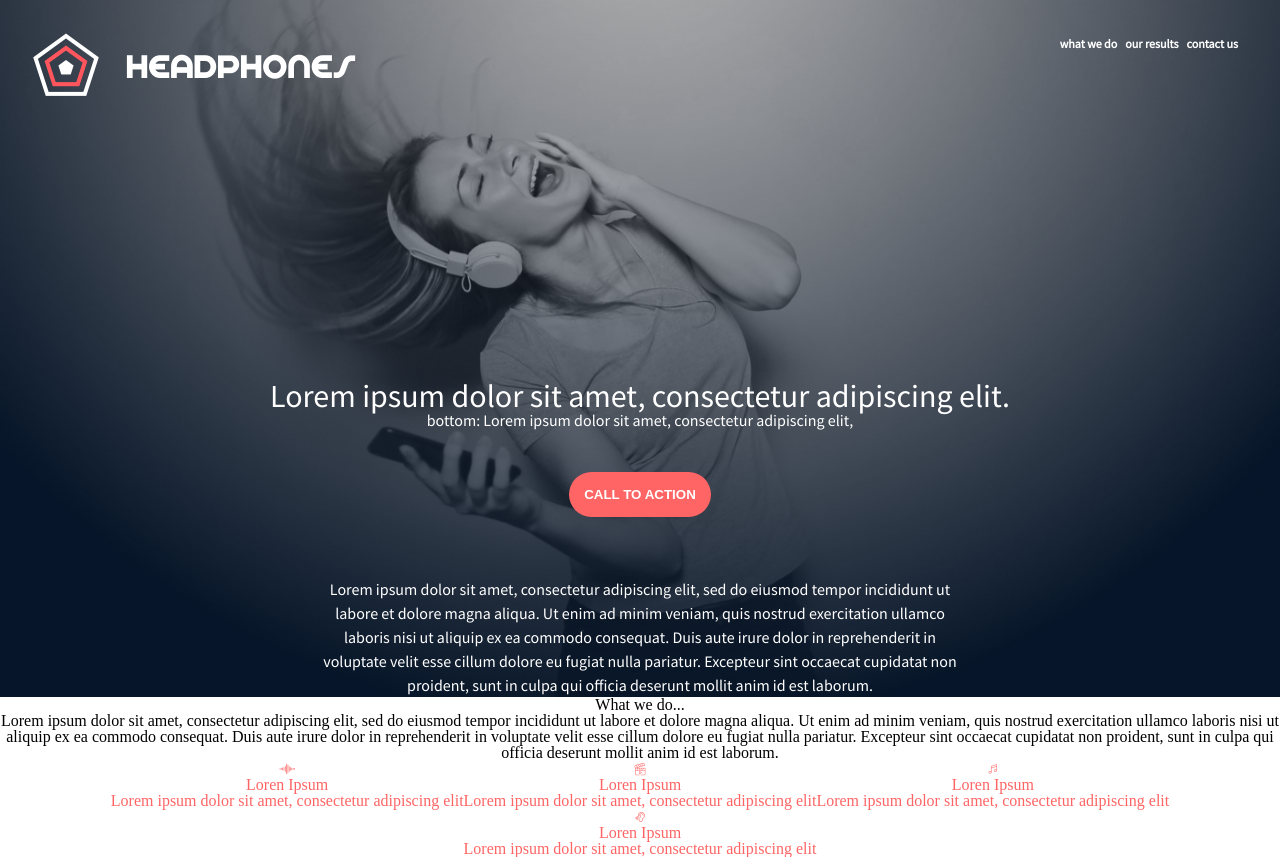
Repository: seleniadelgado/holbertonschool-web_front_end
Page: 0x09-implement_a_design_from_scratch/1-index.html
These files come from the project's save history. The page is drawn as it stood at one moment and after the next save; the edit follows.
The browser window is 1280 px wide. The pictures show the whole page.

Above is the page before, as saved 2020-03-19 15:47:01.

### 0x09-implement_a_design_from_scratch/1-index.html
<!DOCTYPE <!DOCTYPE html>
<head>
    <meta charset="utf-8">
    <title>Headphones</title>
    <meta name="description" content="">
    <meta name="viewport" content="width=device-width, initial-scale=1">
    <link rel="stylesheet" href="1-styles.css">
    <link rel="stylesheet" href="reset.css">
    <link rel="stylesheet" href="./holberton_school-icon/style.css">
    <link href="https://fonts.googleapis.com/css?family=Source+Sans+Pro&display=swap" rel="stylesheet">
</head>
<body>
<!-- nav bar -->
    <header>
        <div class="firstdiv">
            <nav>
                <input type="checkbox" id="menu">
                <label for="menu" id="nav-icon"></label>
                <div class="logo"><img href="active" href="#home"><img src="./images/logo_headphones.png" alt="logo"></a></div>
                <div class="main-nav">
                    <ul class="nav-header">
                        <li><a href="#what-we-do">what we do</a></li>
                        <li><a href="#our-results">our results</a></li>
                        <li><a href="#contact-us">contact us</a></li>
                    </ul>
                </div>
            </nav>
        </div>
<!-- Content -->
        <div class="seconddiv">
            <div class="text">
                <h1>Lorem ipsum dolor sit amet, consectetur adipiscing elit.</h1>
                <p>bottom: Lorem ipsum dolor sit amet, consectetur adipiscing elit, </p>
            </div>
        </div>
        <div class="thirddiv">
        <button id="button">CALL TO ACTION</button>
        <p class="longParagraph">Lorem ipsum dolor sit amet, consectetur adipiscing elit, sed do eiusmod tempor incididunt ut labore et dolore magna aliqua.
            Ut enim ad minim veniam, quis nostrud exercitation ullamco laboris nisi ut aliquip ex ea commodo consequat.
            Duis aute irure dolor in reprehenderit in voluptate velit esse cillum dolore eu fugiat nulla pariatur. Excepteur sint occaecat cupidatat non proident,
            sunt in culpa qui officia deserunt mollit anim id est laborum.</p>
            </div>
        </div>
    </div>
    </header>
    <div class="content">
        <h1>What we do...</h1>
        <p> Lorem ipsum dolor sit amet, consectetur adipiscing elit, sed do eiusmod tempor incididunt ut labore et dolore magna aliqua.
            Ut enim ad minim veniam, quis nostrud exercitation ullamco laboris nisi ut aliquip ex ea commodo consequat.
            Duis aute irure dolor in reprehenderit in voluptate velit esse cillum dolore eu fugiat nulla pariatur. Excepteur sint occaecat cupidatat non proident,
            sunt in culpa qui officia deserunt mollit anim id est laborum.
        </p>
        <div class="grid">
            <div class="item">
                <div class="item holberton_school-icon-ic_sound"></div>
                <h6>Loren Ipsum</h6>
                <p>Lorem ipsum dolor sit amet, consectetur adipiscing elit</p>
            </div>
            <div class="item">
                <div class="item holberton_school-icon-ic_video"></div>
                <h6>Loren Ipsum</h6>
                <p>Lorem ipsum dolor sit amet, consectetur adipiscing elit</p>
            </div>
            <div class="item">
                <div class="item holberton_school-icon-ic_music"></div>
                <h6>Loren Ipsum</h6>
                <p>Lorem ipsum dolor sit amet, consectetur adipiscing elit</p>
            </div>
            <div class="item">
                <div class="item holberton_school-icon-ic_hearing"></div>
                <h6>Loren Ipsum</h6>
                <p>Lorem ipsum dolor sit amet, consectetur adipiscing elit</p>
            </div>

        </div>
    </div>





    </body>
</html>

### 0x09-implement_a_design_from_scratch/1-styles.css

:root {
    --font-size-sm: 12px;
    --font-size-md: 16px;
    --font-size-lg: 32px;
    --font-size-button: 14px;
    --color-primary-red: #FF6565;
    --color-body-white: white;
    --font-family: 'Source Sans Pro', sans-serif;
}
/* header */
header {
    width: 100%;
    background: transparent;
    position: relative;
    color: var(--color-body-white);
    background-image: url("images/headphones_hero_1.jpg");
    background-repeat: no-repeat;
    background-size: cover;
    font-family: var(--font-family);
}
header .firstdiv {
    justify-content: space-between;
    align-content: space-between;
    padding: 2rem;
    flex-wrap: wrap;
}
header .firstdiv nav {
    width: 100%;
    display: flex;
    justify-content: space-between;
    align-content: space-between;
    position: relative;
}
a {
    margin: auto 1.25rem;
    color: var(--color-body-white);
    text-decoration: none;
    font-family: var(--font-family);
}
a:hover, a:active {
    color: var(--color-primary-red)
}
#menu {
    display: none;
    position: absolute;
}
#nav-icon {
    display: none;
    position: absolute;
}
.logo {
    float: left;
}

.nav-header {
    display: inline-flex;
    margin: auto 0;
    list-style-type: none;
    font-size: var(--font-size-sm);
    font-weight: bolder;
    font-family: var(--font-family);
}
.main-nav ul {
    border: 6px transparent solid;
    justify-content: space-between;
}
.main-nav ul li a {
    border: 4px transparent solid;
    font-family: var(--font-family);

}

/* nav */
.seconddiv {
    text-align: center;
}
.thirddiv {
    text-align: center;
}
/*text */
.text {
    padding-top: 20%;
    text-align: center;
    line-height: 28px;
}
.text h1 {
    font-size: 24px;
}

/* button */
#button {
    padding: 15px;
    margin-top: 40px;
    margin-bottom: 60px;
    border-radius: 4em;
    background-color: #FF6565;
    box-shadow: black;
    border-style: none;
    color: var(--color-body-white);
    font-weight: bolder;
}
#button:hover {
    opacity: 0.9;
}
/* end button */
/* start longparagraph */
.longParagraph {
    display: flex;
    text-align: center;
    margin: 0% 25% 0% 25%;
    line-height: 24px;
    font-family: var(--font-family);
    font-size: var(--font-size-md);
}

/* end longparagraph */
/* media query for screens less than 480px */
@media (max-width: 480px)
{
    header nav {
      flex-direction: column;
      align-items: center;
    }
    .logo {
      width: 50%;
      height: auto;
    }
    .nav-header {
      display: none;
      width: 100%;
      flex-direction: column;
      margin: 1rem auto;
      text-align: center;
      font-weight: bold;
      font-size: var(--font-size-btn);
      float: right;
      display: inline-flex;
      margin-right: 10%;
    }
    .nav-header li {
      width: 100%;
      margin: 0.5rem auto;
      padding-right: 50px;
      font-family: var(--font-family);
    }
    #nav-icon {
        background: var(--color-body-white);
        height: 2px;
        width: 13px;
        position: absolute;
        left: 1rem;
        top: 18px;
        display: block;
    }

    #nav-icon::before {
        content: "";
        background: var(--color-body-white);
        height: 2px;
        width: 20px;
        position: relative;
        top: -0.4rem;
        display: block;
        transition: all 0.2s ease;
    }

    #nav-icon::after {
        content: "";
        background: var(--color-body-white);
        height: 2px;
        width: 18px;
        position: relative;
        top: 0.3rem;
        display: block;
        transition: all 0.2s ease;
    }

    #menu:checked ~ .nav-header {
        display: inline-flex;
    }

    #menu:checked ~ #nav-icon {
        background: transparent;
    }

    #menu:checked ~ #nav-icon::before {
        transform: rotate(45deg);
        top: 3px;
        margin: auto;
    }

    #menu:checked ~ #nav-icon::after {
        width: 20px;
        transform: rotate(-45deg);
        top: 1px;
        margin: auto;
    }
}
.text {
    font-family: var(--font-family);
    line-height: 24px;
}
.text h1 {
    font-size: var(--font-size-lg);
}
.text p {
    font-size: var(--font-size-md);
}
/* menu btn ends */
.content {
    display: grid;
    text-align: center;
}
.grid {
    display: flex;
    flex-wrap: wrap;
    justify-content: center;

.item {
    color: var(--color-primary-red)
}

### 0x09-implement_a_design_from_scratch/holberton_school-icon/style.css
@font-face {
  font-family: 'holberton_school-icon';
  src:  url('fonts/holberton_school-icon.eot?sq4eq4');
  src:  url('fonts/holberton_school-icon.eot?sq4eq4#iefix') format('embedded-opentype'),
    url('fonts/holberton_school-icon.ttf?sq4eq4') format('truetype'),
    url('fonts/holberton_school-icon.woff?sq4eq4') format('woff'),
    url('fonts/holberton_school-icon.svg?sq4eq4#holberton_school-icon') format('svg');
  font-weight: normal;
  font-style: normal;
  font-display: block;
}

[class^="holberton_school-icon-"], [class*=" holberton_school-icon-"] {
  /* use !important to prevent issues with browser extensions that change fonts */
  font-family: 'holberton_school-icon' !important;
  speak: none;
  font-style: normal;
  font-weight: normal;
  font-variant: normal;
  text-transform: none;
  line-height: 1;

  /* Better Font Rendering =========== */
  -webkit-font-smoothing: antialiased;
  -moz-osx-font-smoothing: grayscale;
}

.holberton_school-icon-arrow_1:before {
  content: "\e900";
}
.holberton_school-icon-arrow_2:before {
  content: "\e901";
}
.holberton_school-icon-arrow_3:before {
  content: "\e902";
}
.holberton_school-icon-arrow_4:before {
  content: "\e903";
}
.holberton_school-icon-arrow_5:before {
  content: "\e904";
}
.holberton_school-icon-check:before {
  content: "\e905";
}
.holberton_school-icon-ic_bag:before {
  content: "\e906";
}
.holberton_school-icon-ic_cart:before {
  content: "\e907";
}
.holberton_school-icon-ic_facebook:before {
  content: "\e908";
}
.holberton_school-icon-ic_hearing:before {
  content: "\e909";
}
.holberton_school-icon-ic_instagram:before {
  content: "\e90a";
}
.holberton_school-icon-ic_laptop:before {
  content: "\e90b";
}
.holberton_school-icon-ic_money:before {
  content: "\e90c";
}
.holberton_school-icon-ic_music:before {
  content: "\e90d";
}
.holberton_school-icon-ic_sound:before {
  content: "\e90e";
}
.holberton_school-icon-ic_twitter:before {
  content: "\e90f";
}
.holberton_school-icon-ic_video:before {
  content: "\e910";
}
.holberton_school-icon-menu:before {
  content: "\e911";
}
.holberton_school-icon-search_1:before {
  content: "\e912";
}
.holberton_school-icon-search_2:before {
  content: "\e913";
}
.holberton_school-icon-star:before {
  content: "\e914";
}

Loaded but not shown: 0x09-implement_a_design_from_scratch/reset.css (common file)

After the next save:
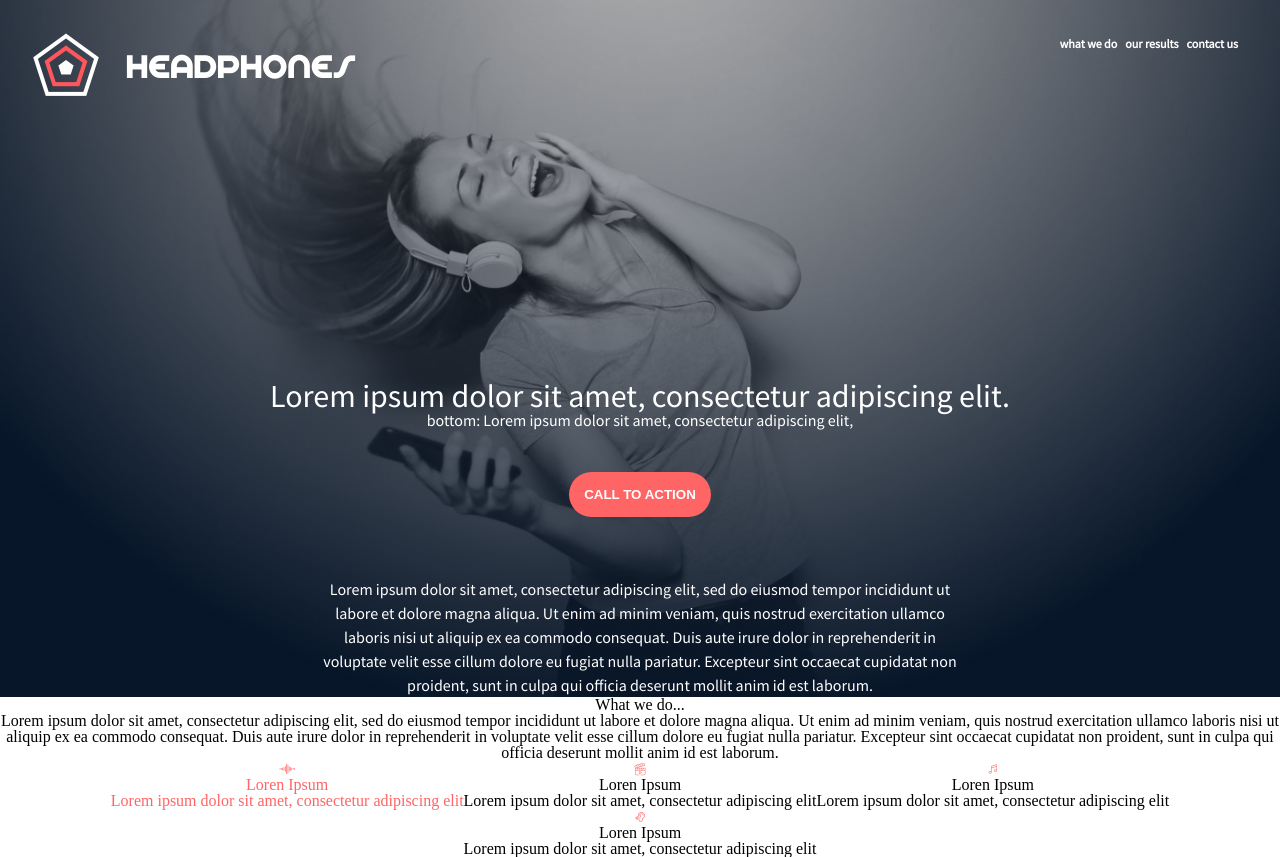
Saved 22 s later.
--- a/0x09-implement_a_design_from_scratch/1-styles.css
+++ b/0x09-implement_a_design_from_scratch/1-styles.css
@@ -217,6 +217,6 @@
     flex-wrap: wrap;
     justify-content: center;
 
-.item {
+.item:nth-child(1){
     color: var(--color-primary-red)
 }

After the 5 saves that followed:
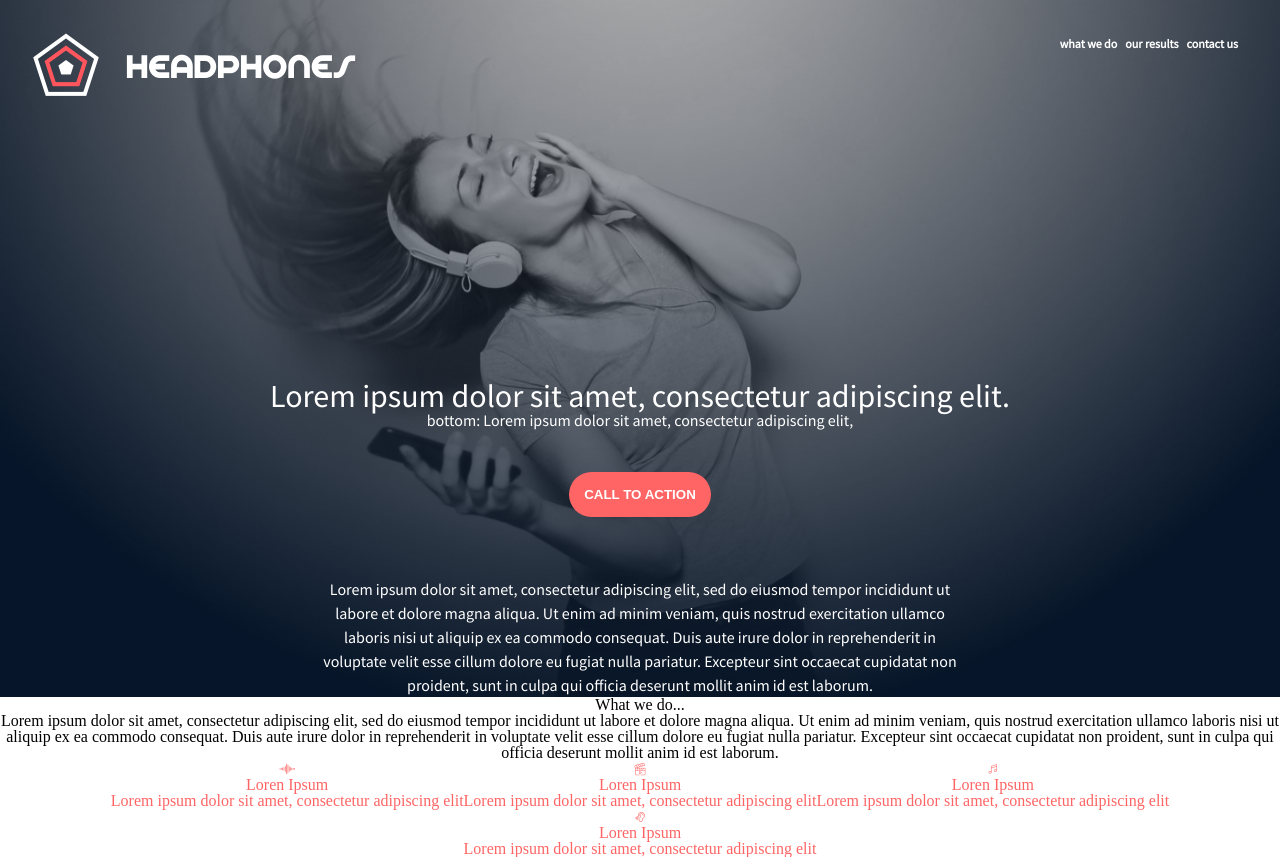
The 5 saves are shown as one change because 2 left the picture as it was and some came seconds apart.
The last was saved 30 s later.
--- a/0x09-implement_a_design_from_scratch/1-styles.css
+++ b/0x09-implement_a_design_from_scratch/1-styles.css
@@ -216,7 +216,7 @@
     display: flex;
     flex-wrap: wrap;
     justify-content: center;
-
-.item:nth-child(1){
-    color: var(--color-primary-red)
-}
+}
+.item {
+    color: var(--color-primary-red);
+}
